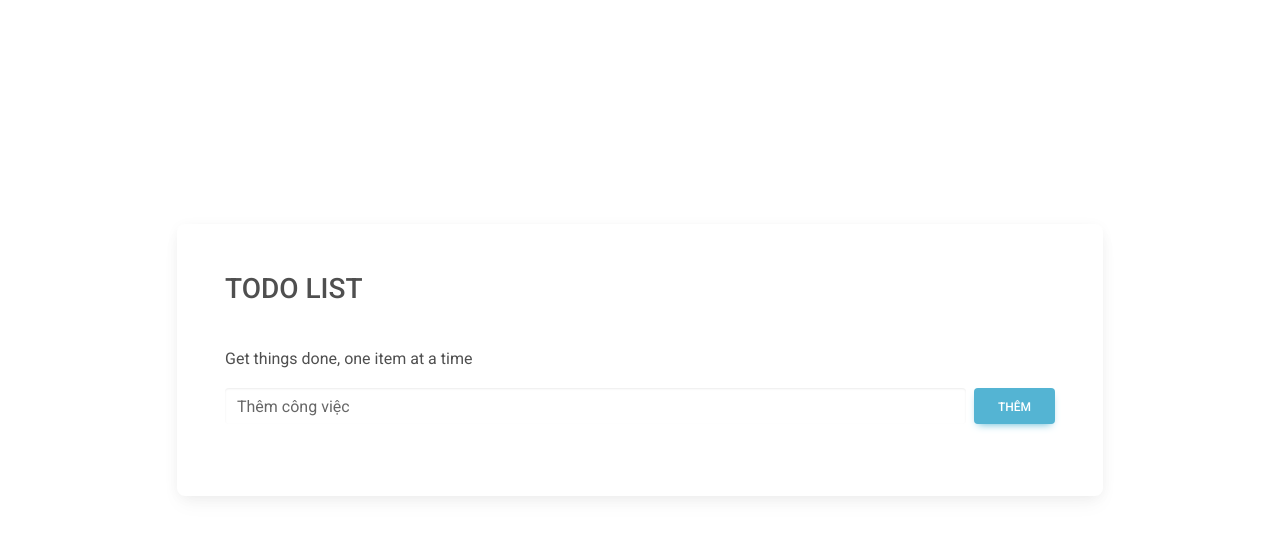
Repository: TinhTT336/MD02_HACKATHON01_HN_JV230620_BS_TranThiTinh_Basic
Page: /
The author's editor kept a copy of each file at every save. The page is drawn from the files as they stood at one save, then again after the next save.
The browser window is 1280 px wide. The pictures show the whole page.
Some web libraries are served in a nearby version. The project was rebuilt for these pictures with package versions that can differ from the ones it lists, and the page was loaded fresh each time. Also part of the build but not shown: vite.config.js, src/App.css, src/index.css.

Above is the page before, as saved 2023-09-05 10:08:29.

After the next save:
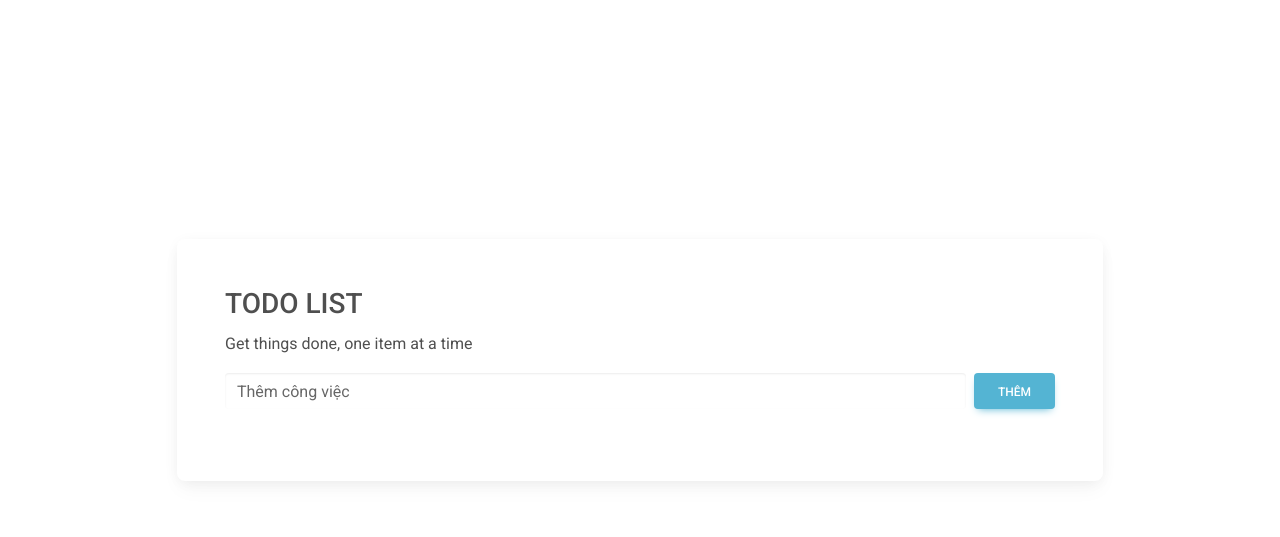
Saved 9 s later.
--- a/src/TodoList/Header.jsx
+++ b/src/TodoList/Header.jsx
@@ -12,7 +12,7 @@ export default function Header() {
                         <div className="col col-xl-10">
                             <div className="card">
                                 <div className="card-body p-5">
-                                    <h3 style={{ marginBottom: 40 }}>
+                                    <h3 style={{ marginBottom: 10 }}>
                                         TODO LIST
                                     </h3>
                                     <p>Get things done, one item at a time</p>
